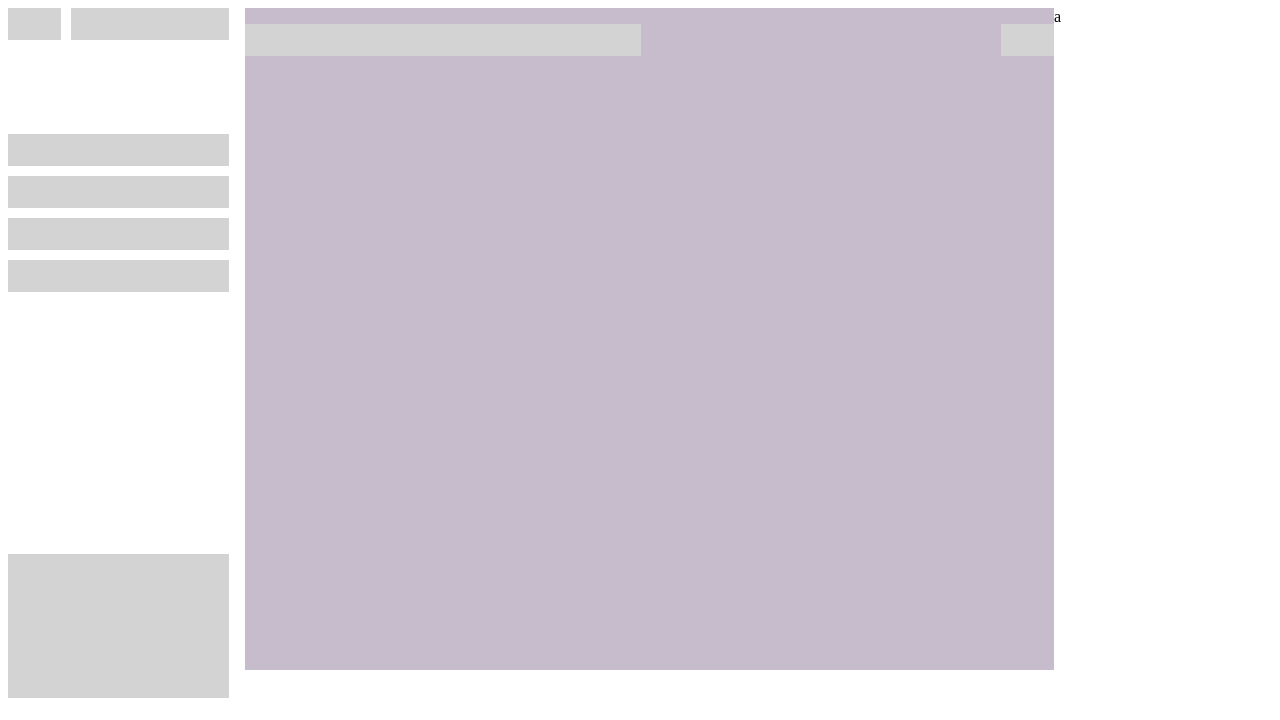
Repository: tr2cky/exercise2
Page: index.html
These files come from the project's save history. The page is drawn as it stood at one moment and after the next save; the edit follows.
The browser window is 1280 px wide. The pictures show the whole page.

Above is the page before, as saved 2022-10-01 11:55:43.

### index.html
<!DOCTYPE html>
<html lang="en">

<head>
    <meta charset="UTF-8">
    <meta http-equiv="X-UA-Compatible" content="IE=edge">
    <meta name="viewport" content="width=device-width, initial-scale=1.0">
    <link rel="stylesheet" href="style.css">
    <title>Document</title>
</head>

<body>
    <div class="container">
        <div class="side1">
        <div id="box1"></div>
        <div id="box2"></div>
        <div id="box3"></div>
        <div id="box4"></div>
        <div id="box5"></div>
        <div id="box6"></div>
        <div id="box7"></div>
        <div id="box8"></div>
        </div>
        <main>
            <div id="boxa"></div>
            <div id="boxb"></div>
        </main>
        <div class="side2">
            a
        </div>
    </div>
</body>

</html>

### style.css
.container {
    display: flex;
    flex-direction: row;
    height: 92vh;
}
main {
    flex-grow: 3;
    background-color: rgb(199, 188, 204);
    display: grid;
    grid-template-columns: repeat(12, 1fr);
    grid-auto-rows: 2em;
    grid-gap: 1em;
    padding-top: 1em;
}
.side1 {
    flex-grow: 1;
    display: grid;
    grid-template-columns: 1fr 3fr;
    grid-auto-rows: 2em;
    grid-gap: 10px;
    margin-right: 1em;
}
.side2 {
    flex-grow: 1;
}
.side1 div, main div, .side2 div {
    background-color: lightgray;
}

#box3{
    grid-column: 1/3;
    grid-row: 8;
    justify-self: start;
}
#box4{
    grid-column: 1/3;
    grid-row: 4;
}
#box5{
    grid-column: 1/3;
    grid-row: 5;
}
#box6{
    grid-column: 1/3;
    grid-row: 6;
}
#box7{
    grid-column: 1/3;
        grid-row: 7;
}
#box8 {
    grid-column: 1/3;
    grid-row: 14;
    height: 9em;
}
#boxa {
    grid-column: 1/7;
}
#boxb {
    grid-column: 12;
}

After the next save:
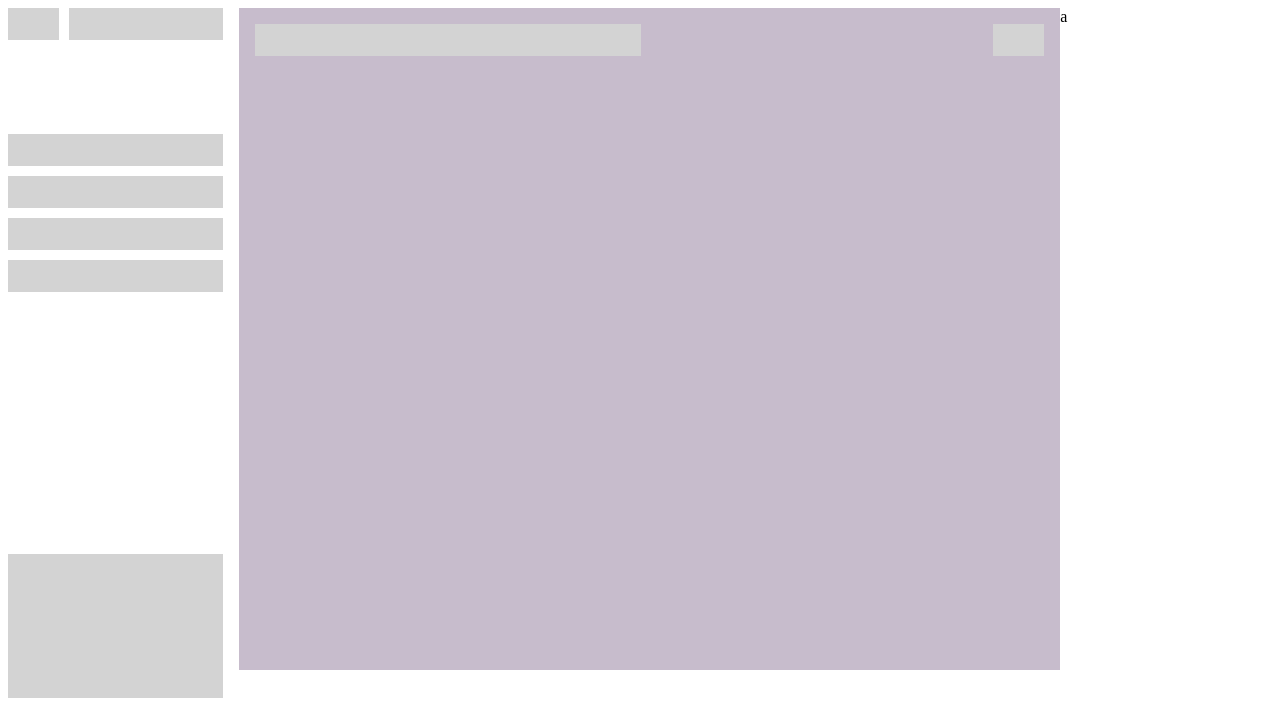
Saved 9 s later.
--- a/style.css
+++ b/style.css
@@ -10,7 +10,7 @@ main {
     grid-template-columns: repeat(12, 1fr);
     grid-auto-rows: 2em;
     grid-gap: 1em;
-    padding-top: 1em;
+    padding: 1em;
 }
 .side1 {
     flex-grow: 1;
